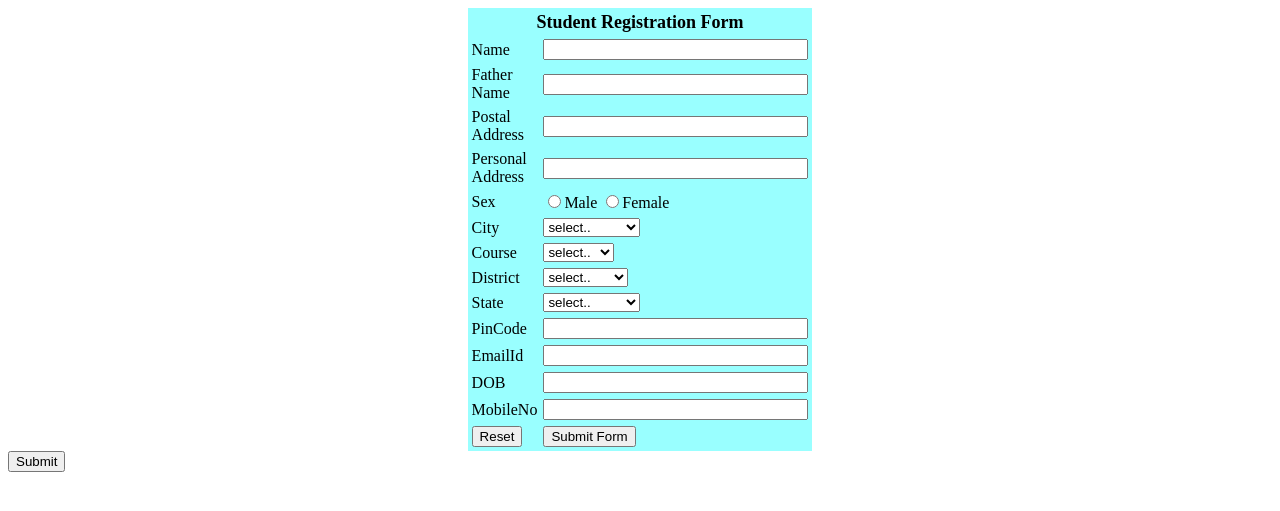
Repository: pradeep2793/DemoRepo
Page: http://localhost/GoogleLogin/WEB-INF/views/index.jsp
An editor plug-in stored every save of this project. The page is shown before and after the next save, followed by the edit.
The browser window is 1280 px wide. The pictures show the whole page.
The page is served by Tomcat 9. Nobody is signed in. The template is opened directly, without the code that normally fills it, so the values that code supplies are empty.

Above is the page before, as saved 2021-02-24 13:56:02.

After the next save:
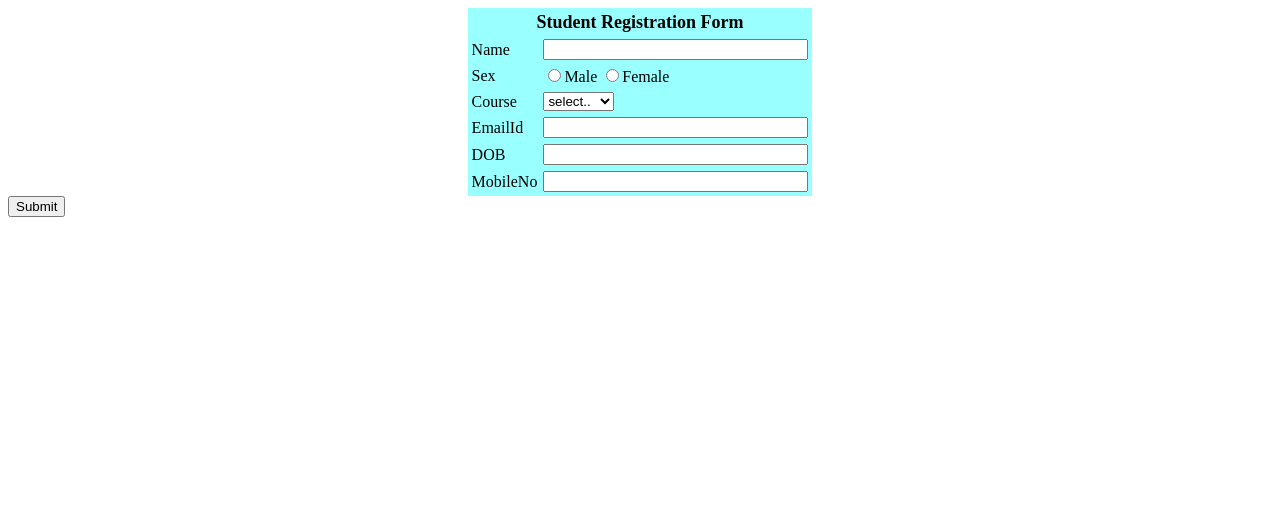
Saved 2 min 16 s later.
--- a/GoogleCaptcha/GoogleLogin/src/main/webapp/WEB-INF/views/index.jsp
+++ b/GoogleCaptcha/GoogleLogin/src/main/webapp/WEB-INF/views/index.jsp
@@ -24,36 +24,9 @@
 			</tr>
 
 			<tr>
-				<td>Father Name</td>
-				<td><input type="text" name="fathername" id="fathername"
-					size="30"></td>
-			</tr>
-			<tr>
-				<td>Postal Address</td>
-				<td><input type="text" name="paddress" id="paddress" size="30"></td>
-			</tr>
-
-			<tr>
-				<td>Personal Address</td>
-				<td><input type="text" name="personaladdress"
-					id="personaladdress" size="30"></td>
-			</tr>
-
-			<tr>
 				<td>Sex</td>
 				<td><input type="radio" name="sex" value="male" size="10">Male
 					<input type="radio" name="sex" value="Female" size="10">Female</td>
-			</tr>
-
-			<tr>
-				<td>City</td>
-				<td><select name="City">
-						<option value="-1" selected>select..</option>
-						<option value="New Delhi">NEW DELHI</option>
-						<option value="Mumbai">MUMBAI</option>
-						<option value="Goa">GOA</option>
-						<option value="Patna">PATNA</option>
-				</select></td>
 			</tr>
 
 			<tr>
@@ -68,33 +41,6 @@
 			</tr>
 
 			<tr>
-				<td>District</td>
-				<td><select name="District">
-						<option value="-1" selected>select..</option>
-						<option value="Nalanda">NALANDA</option>
-						<option value="UP">UP</option>
-						<option value="Goa">GOA</option>
-						<option value="Patna">PATNA</option>
-				</select></td>
-
-			</tr>
-
-			<tr>
-				<td>State</td>
-				<td><select Name="State">
-						<option value="-1" selected>select..</option>
-						<option value="New Delhi">NEW DELHI</option>
-						<option value="Mumbai">MUMBAI</option>
-						<option value="Goa">GOA</option>
-						<option value="Bihar">BIHAR</option>
-				</select></td>
-			</tr>
-			<tr>
-				<td>PinCode</td>
-				<td><input type="text" name="pincode" id="pincode" size="30"></td>
-
-			</tr>
-			<tr>
 				<td>EmailId</td>
 				<td><input type="text" name="emailid" id="emailid" size="30"></td>
 			</tr>
@@ -108,10 +54,6 @@
 				<td>MobileNo</td>
 				<td><input type="text" name="mobileno" id="mobileno" size="30"></td>
 			</tr>
-			<tr>
-				<td><input type="reset"></td>
-				<td colspan="2"><input type="submit" value="Submit Form" /></td>
-			</tr>
 		</table>
 		<input type="submit" value="Submit" />
 	</form>
